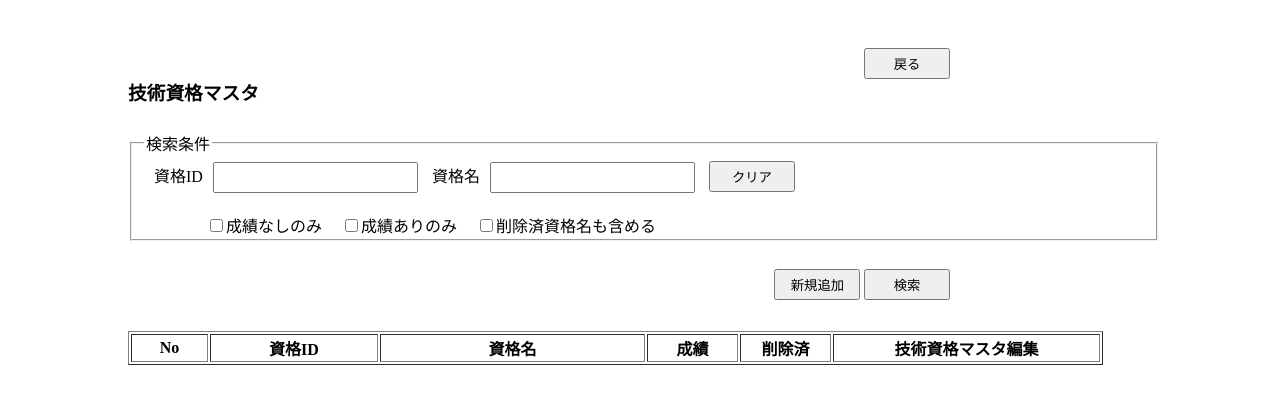
Repository: nguyenvantandev/WebApp
Page: http://localhost/EmployeeInfoSystem/SkillList.jsp
An editor plug-in stored every save of this project. The page is shown before and after the next save, followed by the edit.
The browser window is 1280 px wide. The pictures show the whole page.
Some web libraries are served in a nearby version. The page is served by Tomcat 9. Other server files are loaded and not shown.

Above is the page before, as saved 2016-06-06 06:09:57.
Console error: ReferenceError: skillList_load is not defined

### EmployeeInfoSystem/WebContent/SkillList.jsp
<%@ page language="java" contentType="text/html; charset=UTF-8"
	pageEncoding="UTF-8"%>
<%@taglib uri="http://java.sun.com/jsp/jstl/core" prefix="c"%>
<!DOCTYPE html PUBLIC "-//W3C//DTD HTML 4.01 Transitional//EN" "http://www.w3.org/TR/html4/loose.dtd">
<html>
<head>
<meta http-equiv="Content-Type" content="text/html; charset=UTF-8">
<link rel="stylesheet" type="text/css" href="css/SkillList.css">
<script type="text/javascript" src="js/SkillList.js"></script>
<script type="text/javascript"
	src="http://code.jquery.com/jquery-1.10.1.min.js"></script>
<title>技術資格マスタ一覧画面</title>
</head>
<body onload="skillList_load()">
	<form action="GijutsuShikakuMasterIchiran" method="post" id="SkillList"
		name="SkillList">
		<div>
			<input type="button" id="modoru" name="modoru" value="戻る"
				onclick="location.href='Menu.jsp'"><br>
			<h3>
				<b>技術資格マスタ</b>
			</h3>
			<fieldset>
				<legend>検索条件</legend>
				<label id="label_shikakuid">資格ID</label><input type="text"
					id="shikakuId" name="shikakuId" maxlength="6"
					style="ime-mode: disabled;"> <label id="label_shikakumei">資格名</label><input
					type="text" id="shikakumei" name="shikakumei" maxlength="80">
				<input type="button" id="kuria" name="kuria" value="クリア"
					onclick="kuria_click()"><br> <input type="checkbox"
					id="seisekinashi" name="seisekinashi"><label
					id="label_seisekinashi">成績なしのみ</label> <input type="checkbox"
					id="seisekiari" name="seisekiari"><label
					id="label_seisekiari">成績ありのみ</label> <input type="checkbox"
					id="sakujosumi" name="sakujosumi"><label
					id="label_sakujosumi">削除済資格名も含める</label>
			</fieldset>


			<input type="hidden" id="hidden_shikakuId" name="hidden_shikakuId"
				value="<%=request.getAttribute("hidden_shikakuId")%>"> <input
				type="hidden" id="hidden_shikakumei" name="hidden_shikakumei"
				value="<%=request.getAttribute("hidden_shikakumei")%>"> <input
				type="hidden" id="hidden_seisekinashi" name="hidden_seisekinashi"
				value="<%=request.getAttribute("hidden_seisekinashi")%>"> <input
				type="hidden" id="hidden_seisekiari" name="hidden_seisekiari"
				value="<%=request.getAttribute("hidden_seisekiari")%>"> <input
				type="hidden" id="hidden_sakujosumi" name="hidden_sakujosumi"
				value="<%=request.getAttribute("hidden_sakujosumi")%>"> <input
				type="button" id="shinkitsuika" name="shinkitsuika" value="新規追加"
				onclick="shinkitsuika_click()"> <input type="button"
				id="kensaku" name="kensaku" value="検索" onclick="kensaku_click()">
			<div id="list">
				<table id="table" border="1">
					<thead>
						<tr>
							<th style="width: 73px" align="center">No</th>
							<th style="width: 164px" align="center">資格ID</th>
							<th style="width: 261px" align="center">資格名</th>
							<th style="width: 87px" align="center">成績</th>
							<th style="width: 87px" align="center">削除済</th>
							<th style="width: 263px" align="center">技術資格マスタ編集</th>

						</tr>
					</thead>
					<tbody>
						<c:forEach var="row" items="${memberList}">
							<tr>
								<td style="width: 73px" align="center"><c:out
										value="${row.num}" /></td>
								<td style="width: 164px" align="center"><c:out
										value="${row.shikakuid}"></c:out></td>
								<td style="width: 261px" align="center"><c:out
										value="${row.shikakumei}"></c:out></td>
								<td style="width: 87px" align="center"><c:out
										value="${row.seiseki}"></c:out></td>
								<td style="width: 87px" align="center"><c:out
										value="${row.sakujosumi}"></c:out></td>
								<td style="width: 263px" align="center"><input
									type="button" id="henshu${row.num}" name="henshu"
									class="henshu" value="編集" onclick="hennshu_click(this)">
									<input type="button" id="sakujo${row.num}" name="sakujo"
									class="sakujo" value="削除" onclick="sakujo_click(this)">
								</td>
							</tr>
						</c:forEach>

					</tbody>
				</table>
			</div>
			<input type="hidden" id="actionName" name="actionName"> <input
				type="hidden" id="actionValue" name="actionValue"> <input
				type="hidden" id="errorMessage" name="errorMessage"
				value="<%=request.getAttribute("errorMessage")%>"> <input
				type="hidden" id="saikensaku" name="saikensaku"
				value="<%=request.getAttribute("saikensaku")%>">
		</div>
	</form>
</body>
</html>

### EmployeeInfoSystem/WebContent/css/SkillList.css
@CHARSET "UTF-8";

body{
	    margin-left: 10%;
    margin-right: 10%;
    margin-top: 3%;
    margin-bottom: 1%;
}
#modoru{
	width: 86px;
    height: 31px;
    margin-top: 10px;
    margin-right: 10px;
    margin-bottom: 10px;
    right: 25%;
	position: absolute;
}
#shinkitsuika{
	 width: 86px;
    height: 31px;
    margin-top: 10px;
    margin-right: 10px;
    margin-bottom: 10px;
    right: 32%;
	position: absolute;
}

#kensaku{
	width: 86px;
    height: 31px;
    margin-top: 10px;
    margin-right: 10px;
    margin-bottom: 10px;
    right: 25%;
	position: absolute;
}
h3{
	    margin-top: 22px;
    margin-bottom: 26px;
}
fieldset {
	    height: 90px;
    width: 1000px;
	margin-bottom: 18px;
}
#label_shikakuid, #label_shikakumei {
	margin-right: 10px;
	margin-left: 10px;
}
#shikakumei{
	 height: 25px;
    width: 197px;
margin-right: 10px;
    margin-bottom: 20px;
}
#shikakuId{
	    height: 25px;
    width: 197px;
    margin-bottom: 20px;
}
#kuria{
width: 86px;
    height: 31px;
}

#seisekinashi{
margin-left: 66px;
}
#seisekiari, #sakujosumi{
margin-left: 19px;
}
#list{
margin-top: 90px;
}

Loaded but not shown: EmployeeInfoSystem/WebContent/js/SkillList.js (no copy from this time; the picture is the same without it)

After the next save:
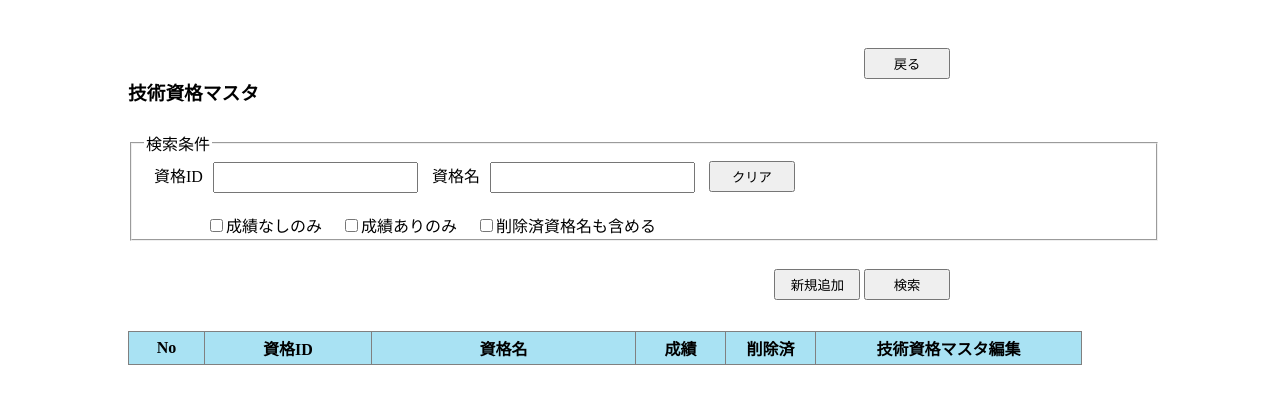
Saved 45 s later.
--- a/EmployeeInfoSystem/WebContent/css/SkillList.css
+++ b/EmployeeInfoSystem/WebContent/css/SkillList.css
@@ -72,3 +72,25 @@ margin-left: 19px;
 #list{
 margin-top: 90px;
 }
+table {
+	border-collapse: collapse;
+    border-top-width: 0px;
+    border-right-width: 0px;
+    border-bottom-width: 0px;
+    border-left-width: 0px;
+}
+
+th {
+
+	table-layout:fixed;
+	height: 30px;
+	background-color: #A9E2F3;
+}
+
+td {
+
+	table-layout:fixed;
+	height: 30px;
+	background-color: white;
+    border-bottom-style: dashed;
+}
